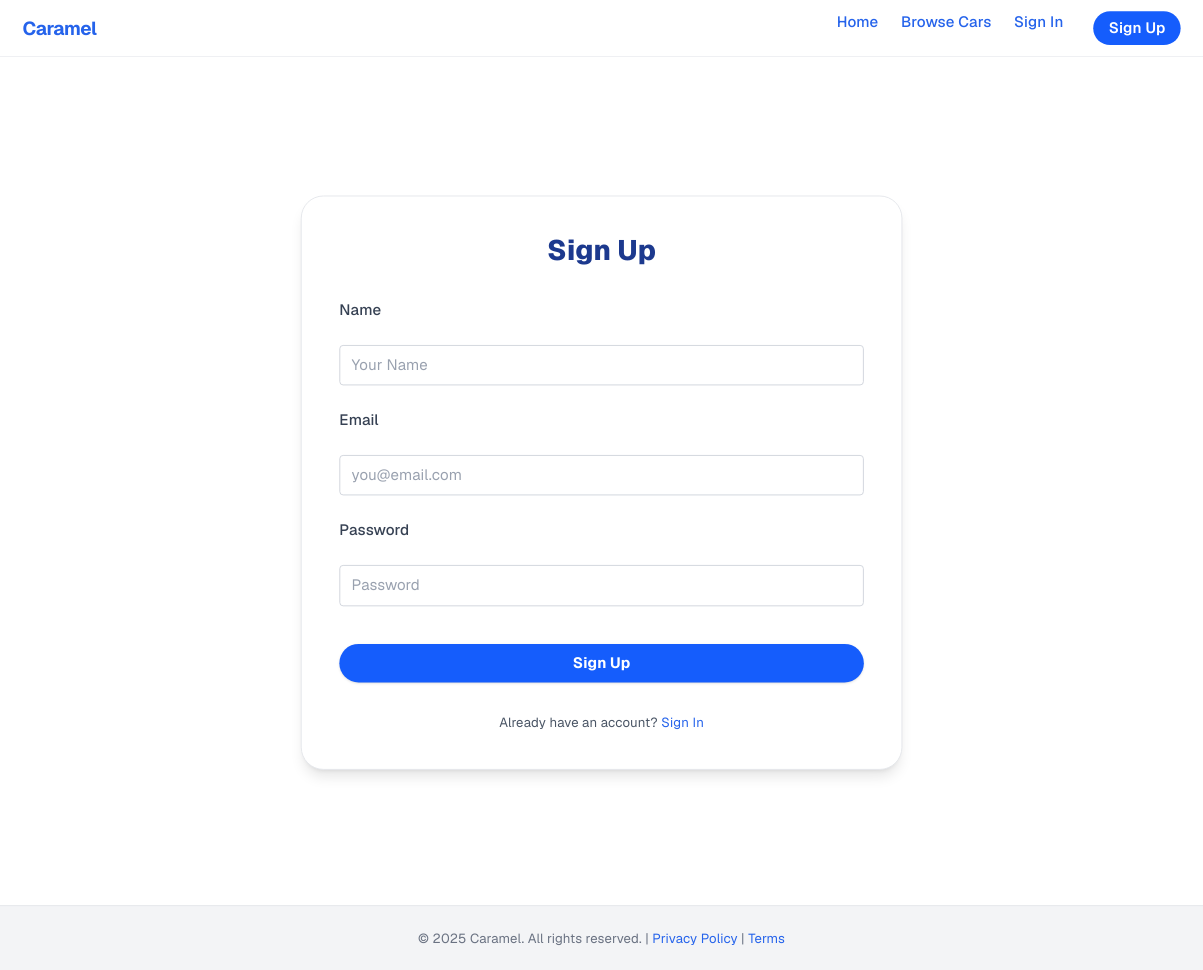
Repository: virat07/sellyourcar
Page: /auth/signup
These files come from the project's save history. The page is drawn as it stood at one moment and after the next save; the edit follows.
The browser window is 1280 px wide. The pictures show the whole page, at 94% of full size.
The project was rebuilt for these pictures with package versions that can differ from the ones it lists, and the page was loaded fresh each time. The framework's server and built-in components were replaced by stand-ins that run in the browser. Also part of the build but not shown: next.config.ts.

Above is the page before, as saved 2025-07-18 15:45:35.

After the next save:
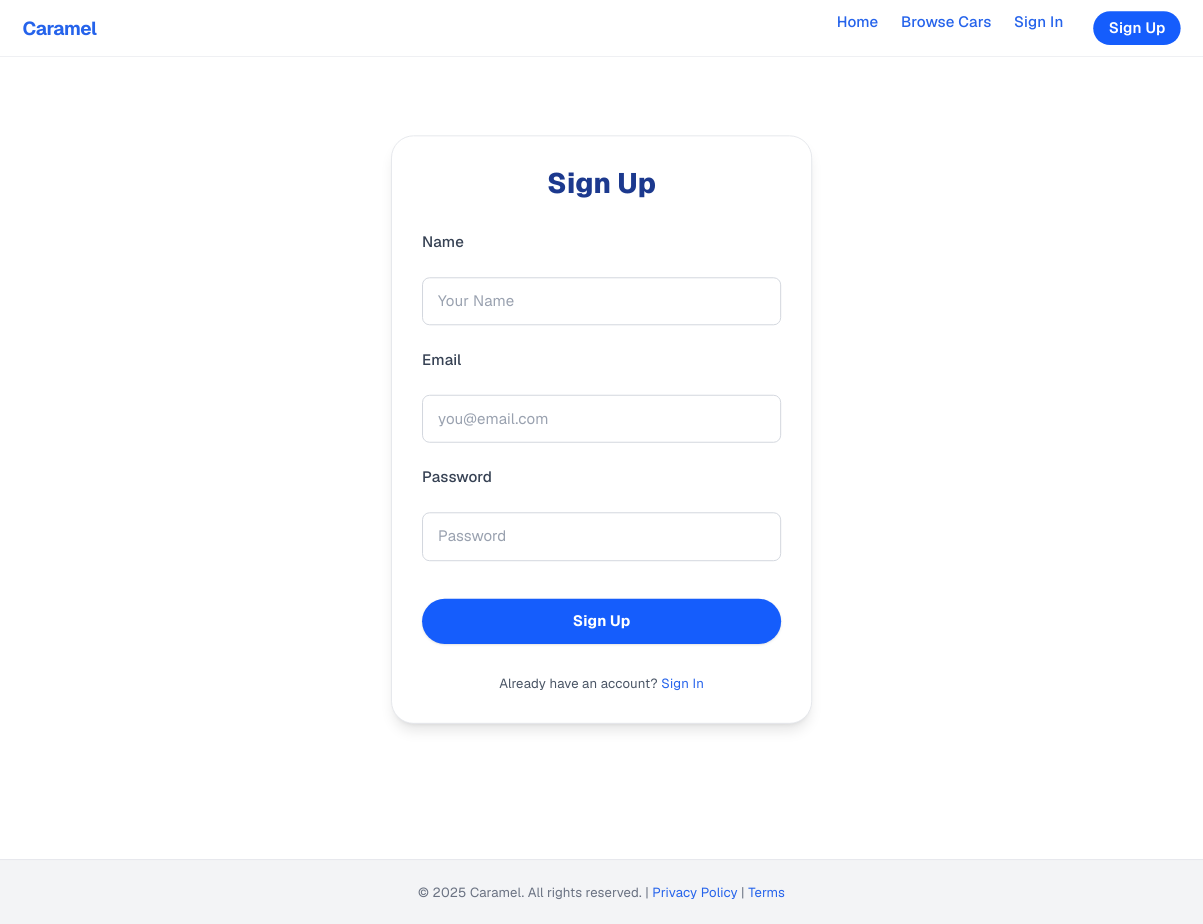
Saved 65 s later.
--- a/src/app/auth/signup/page.tsx
+++ b/src/app/auth/signup/page.tsx
@@ -1,19 +1,21 @@
 export default function SignUpPage() {
   return (
-    <main className="flex flex-col items-center justify-center min-h-[90vh] bg-white pt-28 pb-16 px-2">
-      <form className="bg-white border border-gray-200 rounded-3xl shadow-lg p-10 w-full max-w-screen-sm flex flex-col gap-6">
-        <h2 className="text-3xl font-extrabold text-blue-900 mb-2 text-center">Sign Up</h2>
-        <label className="text-left font-medium text-gray-700">Name</label>
-        <input type="text" className="border border-gray-300 rounded px-3 py-2 bg-white text-gray-900 placeholder:text-gray-400 focus:border-blue-500 focus:ring-2 focus:ring-blue-200 focus:outline-none" placeholder="Your Name" required />
-        <label className="text-left font-medium text-gray-700">Email</label>
-        <input type="email" className="border border-gray-300 rounded px-3 py-2 bg-white text-gray-900 placeholder:text-gray-400 focus:border-blue-500 focus:ring-2 focus:ring-blue-200 focus:outline-none" placeholder="you@email.com" required />
-        <label className="text-left font-medium text-gray-700">Password</label>
-        <input type="password" className="border border-gray-300 rounded px-3 py-2 bg-white text-gray-900 placeholder:text-gray-400 focus:border-blue-500 focus:ring-2 focus:ring-blue-200 focus:outline-none" placeholder="Password" required />
-        <button type="submit" className="mt-4 px-4 py-2 bg-blue-600 text-white rounded-full shadow hover:bg-blue-700 transition-all font-bold">Sign Up</button>
-        <div className="text-sm text-center mt-2 text-gray-600">
-          Already have an account? <a href="/auth/signin" className="text-blue-600 hover:underline">Sign In</a>
-        </div>
-      </form>
+    <main className="min-h-[90vh] pt-12 pb-16 px-2 bg-white flex flex-col items-center justify-center">
+      <div className="w-full max-w-md mx-auto">
+        <form className="bg-white border border-gray-200 rounded-3xl shadow-lg p-8 flex flex-col gap-6">
+          <h2 className="text-3xl font-extrabold text-blue-900 mb-2 text-center">Sign Up</h2>
+          <label className="text-left font-medium text-gray-700">Name</label>
+          <input type="text" className="border border-gray-300 rounded-lg px-4 py-3 bg-white text-gray-900 placeholder:text-gray-400 focus:border-blue-500 focus:ring-2 focus:ring-blue-200 focus:outline-none" placeholder="Your Name" required />
+          <label className="text-left font-medium text-gray-700">Email</label>
+          <input type="email" className="border border-gray-300 rounded-lg px-4 py-3 bg-white text-gray-900 placeholder:text-gray-400 focus:border-blue-500 focus:ring-2 focus:ring-blue-200 focus:outline-none" placeholder="you@email.com" required />
+          <label className="text-left font-medium text-gray-700">Password</label>
+          <input type="password" className="border border-gray-300 rounded-lg px-4 py-3 bg-white text-gray-900 placeholder:text-gray-400 focus:border-blue-500 focus:ring-2 focus:ring-blue-200 focus:outline-none" placeholder="Password" required />
+          <button type="submit" className="mt-4 px-6 py-3 bg-blue-600 text-white rounded-full shadow hover:bg-blue-700 transition-all font-bold text-lg">Sign Up</button>
+          <div className="text-sm text-center mt-2 text-gray-600">
+            Already have an account? <a href="/auth/signin" className="text-blue-600 hover:underline">Sign In</a>
+          </div>
+        </form>
+      </div>
     </main>
   );
 }
